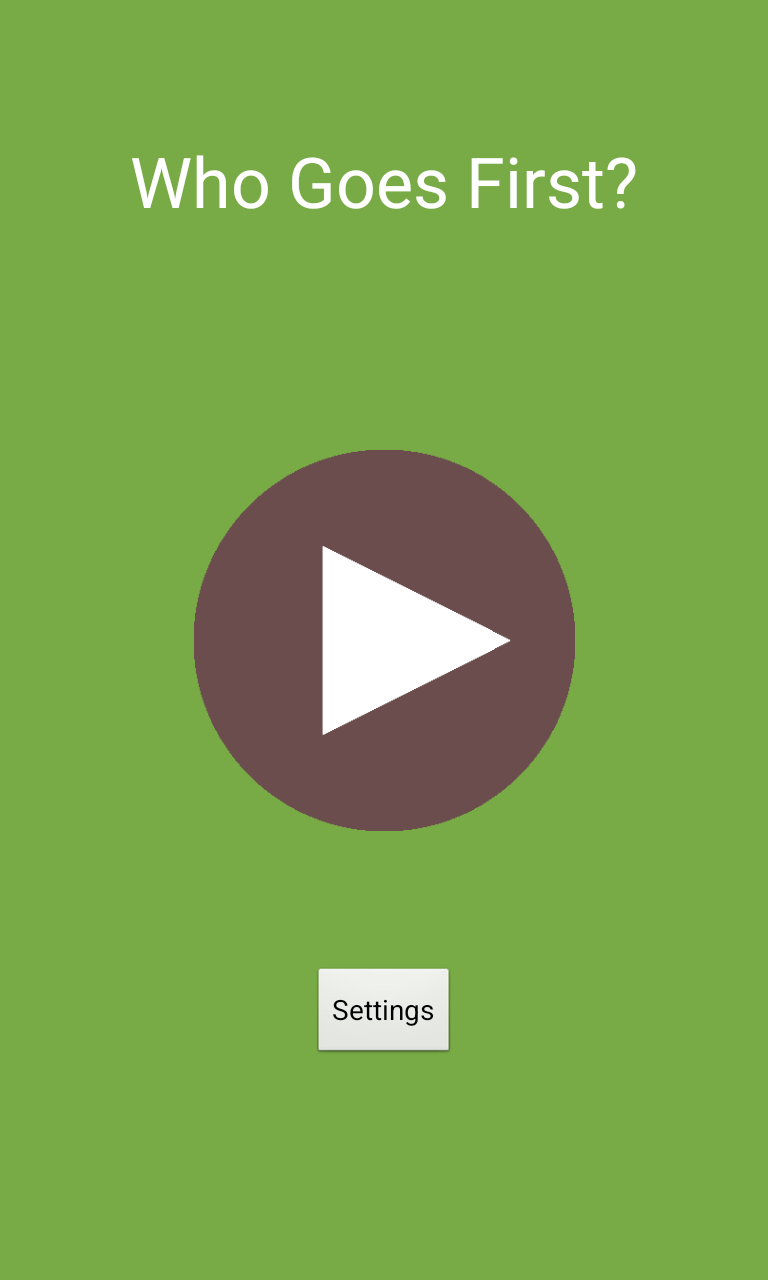
Repository: DarwinLYang/WhoGoesFirstApp
Layout: Who First/WhoFirst/res/layout/fragment_main.xml
The author's editor kept a copy of each file at every save. The layout is drawn from the files as they stood at one save, then again after the next save.
It is drawn on a 768 x 1280 px phone screen (xhdpi) without system bars, with theme android:Theme.NoTitleBar.Fullscreen; the app's code is not run.

Above is the layout before, as saved 2014-04-11 21:31:43.

### Who First/WhoFirst/res/layout/fragment_main.xml
<RelativeLayout xmlns:android="http://schemas.android.com/apk/res/android"
    xmlns:tools="http://schemas.android.com/tools"
    android:id="@+id/TitleScreen"
    android:layout_width="match_parent"
    android:layout_height="match_parent"
    android:background="@color/green"
    android:gravity="center_horizontal" >

    <TextView
        android:id="@+id/MainTitle"
        android:layout_width="wrap_content"
        android:layout_height="wrap_content"
        android:layout_alignParentTop="true"
        android:layout_centerHorizontal="true"
        android:layout_marginTop="67dp"
        android:text="Who Goes First?"
        android:textAppearance="?android:attr/textAppearanceLarge"
        android:textSize="35sp" />

    <ImageButton
        android:id="@+id/questionButton"
        android:layout_width="270dip"
        android:layout_height="270dip"
        android:layout_centerHorizontal="true"
        android:layout_centerVertical="true"
        android:adjustViewBounds="true"
        android:background="@drawable/start_button"
        android:contentDescription="@string/description_main_button"
        android:gravity="center_vertical|center_horizontal"
        android:onClick="questionScreen" />

    <Button
        android:id="@+id/settingsButton"
        android:layout_width="wrap_content"
        android:layout_height="wrap_content"
        android:layout_below="@+id/questionButton"
        android:layout_centerHorizontal="true"
        android:layout_marginTop="28dp"
        android:onClick="settingsScreen"
        android:text="@string/button_setting" />

</RelativeLayout>

### Who First/WhoFirst/res/values/strings.xml
<?xml version="1.0" encoding="utf-8"?>
<resources>

    <string name="app_name">Who Goes First</string>
    <string name="button_question">Who Goes First?</string>
    <string name="button_setting">Settings</string>
    <string name="button_next_question">Give me another</string>
    <string name="button_submit_question">Submit Question</string>
    <string name="action_settings">Settings</string>
    <string name="title_activity_main">MainActivity</string>
    <string name="title_activity_question">QuestionActivity</string>
    <string name="title_activity_settings">SettingsActivity</string>
    <string name="text_question_title">Question</string>
    <string name="text_settings_title">Settings</string>
    <string name="text_submit_question_title">Submit a Question</string>
    <string name="text_default_question">Default Question</string>
    <string name="text_submit_question_hint">question goes here</string>
    <string name="description_main_button">main button</string>

    <color name="green">#78AB46</color>
    <color name="blue">#43BFC7</color>
    <color name="red">#E77471</color>

</resources>

After the next save:
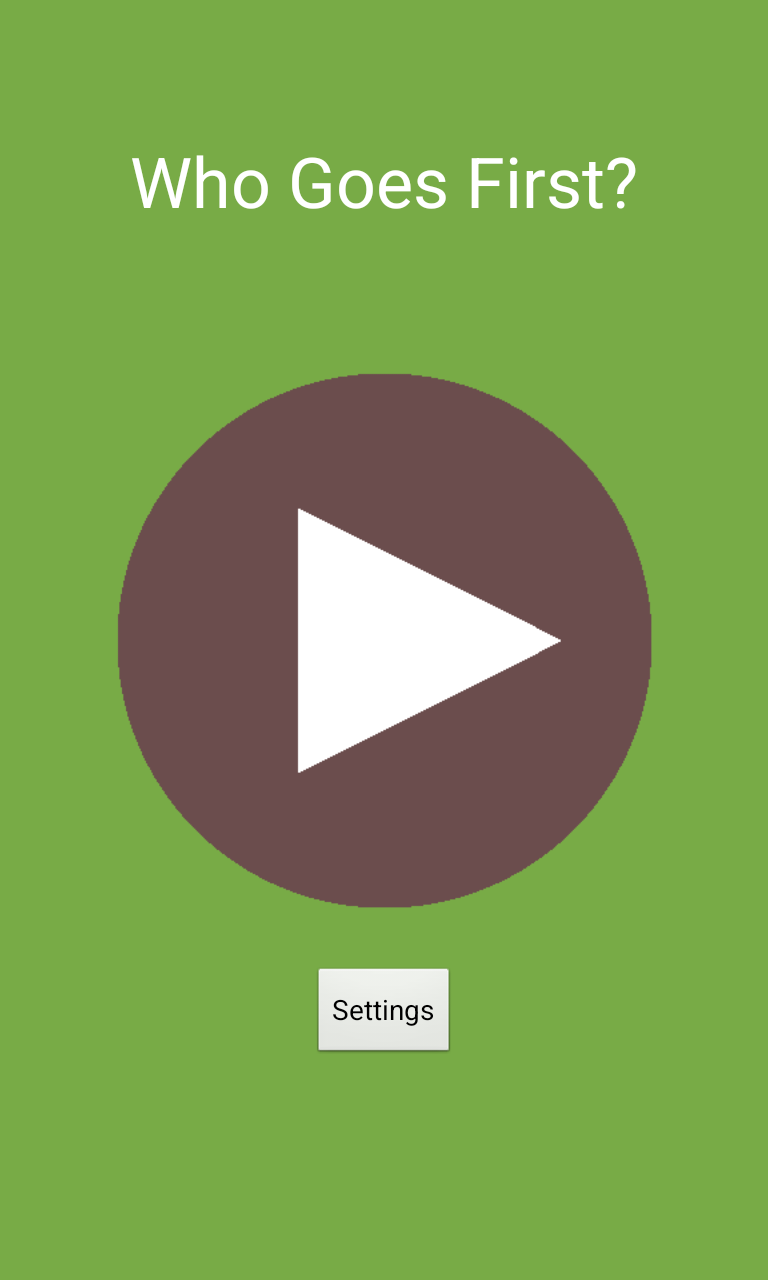
Saved 18 s later.
--- a/Who First/WhoFirst/res/layout/fragment_main.xml
+++ b/Who First/WhoFirst/res/layout/fragment_main.xml
@@ -24,9 +24,10 @@
         android:layout_centerHorizontal="true"
         android:layout_centerVertical="true"
         android:adjustViewBounds="true"
-        android:background="@drawable/start_button"
+        android:background="@null"
         android:contentDescription="@string/description_main_button"
         android:gravity="center_vertical|center_horizontal"
+        android:src="@drawable/start_button"
         android:onClick="questionScreen" />
 
     <Button
